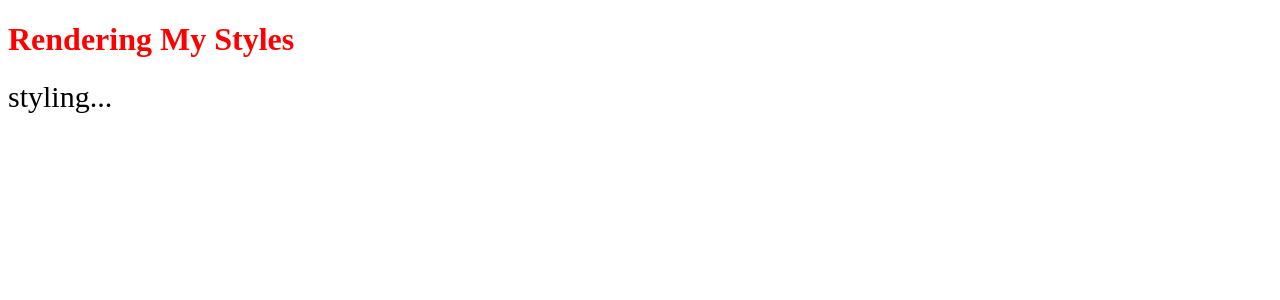
Repository: myjdml/summer-homework
Page: vue/slowly-render/demo/styling/index.html
The author's editor kept a copy of each file at every save. The page is drawn from the files as they stood at one save, then again after the next save.
The browser window is 1280 px wide. The pictures show the whole page.

Above is the page before, as saved 2020-07-19 16:48:45.

### vue/slowly-render/demo/styling/index.html
<!DOCTYPE html>
<html lang="en">
<head>
  <meta charset="UTF-8">
  <meta name="viewport" content="width=device-width, initial-scale=1.0">
  <title>Slowly Render Styling</title>
</head>
<body>
  <div id="root"></div>
  <script src="./index.js" type="module"></script>
</body>
</html>

### vue/slowly-render/demo/styling/index.js
import { createApp, styled } from '../../src/index.js'

const headerStyles = styled({
  color: 'red',
})

const mainStyles = styled({
  'font-size': '30px',
})

const App = () => `
  <header class="${headerStyles}">
    <h1>Rendering My Styles</h1>
  </header>
  <main class="${mainStyles}">
    styling...
  </main>
`

const rootDom = document.getElementById('root')
createApp(App, null, rootDom).render()

### vue/slowly-render/src/index.js
export { createApp, reactive } from './render.js'
export { createHashRouter, createHistoryRouter } from './router.js'
export { styled } from './styled.js'

### vue/slowly-render/src/render.js
let parentDom = null
let View = null
let data = null

const deepProxy = (target, callback) => new Proxy(target, {
  get(target, key, receiver) {
    const value = Reflect.get(target, key, receiver)
    return (typeof value === 'object' && value !== null) ? deepProxy(value, callback) : value
  },
  set(target, key, value, receiver) {
    const result = Reflect.set(target, key, value, receiver)
    callback()
    return result
  },
})

export const reactive = (model) => {
  data = deepProxy(model, render)
  return data
}

export const render = () => {
  parentDom.innerHTML = View(data)
}

export const createApp = (App, model, dom) => {
  parentDom = dom
  View = App
  data = model
  return { render }
}

### vue/slowly-render/src/router.js
import { render } from './render.js'

let currentRouterView = () => ''
let base = ''

export const createHashRouter = (baseUrl, routes) => {
  base = baseUrl
  const routesMap = new Map() // JS 中 Map 可以实现 LRU 算法
  routes.forEach((route) => {
    routesMap.set(route.path, route.component)
  })

  const go = (path) => {
    if (routesMap.has(path)) {
      window.location.hash = path
    } else throw new Error('url is not exist.')
  }

  const handleHashChange = e => {
    const path = window.location.hash.slice(1) // #/about => /about
    currentRouterView = routesMap.get(path ? path : '/') // 处理 url 没有 hash 时当作首页处理，127.0.0.1/ => 127.0.0.1/#/
    render()
  }

  window.addEventListener('load', handleHashChange)
  window.addEventListener('hashchange', handleHashChange)

  return { go }
}

export const createHistoryRouter = (baseUrl, routes) => {
  // TODO: homework
  // const path = window.location.pathname
  base = baseUrl
  const routesMap = new Map()
  routes.forEach((route) => {
    routesMap.set(route.path, route.component)
  })

  const go = (path) => {
    if (routesMap.has(path)) {
      history.pushState(path,'', path)
      handleHistroyChange()
    } else throw new Error('url is not exist.')
  }

  const handleHistroyChange = e => {
    const path = window.location.pathname
    currentRouterView = routesMap.get(path ? path : '/')
    render()
    bindA()
  }

  const bindA = (e) => {
    let aList = document.getElementsByTagName("a");
    let path = [];
    // aList.forEach((item) => {
    //   path.push(item)
    // })
    for (let i = 0; i < aList.length; i++) path.push(aList[i]);
    path.forEach((e) => {
      let url = e.href;
      let path = url.substr(url.lastIndexOf("/"));
      e.onclick = () => {
        go(path);
        bindA();
        return false;
      };
    });
  }

  window.addEventListener('load', handleHistroyChange)
  window.addEventListener("load", bindA);
  window.addEventListener('popstate', handleHistroyChange)

  return { go }
}

export const RouterView = (props) => currentRouterView(props)
export const RouterLink = (props) => `<a href="${base}${props.url}">${props.text}</a>`

### vue/slowly-render/src/styled.js
let uuid = 0

const styleElement = document.createElement('style')
document.head.appendChild(styleElement)

export const styled = (styles) => {
  uuid += 1

  styleElement.textContent += `
    .styled-${uuid} {
      ${Object.entries(styles).reduce((styles, [key, value]) => styles += `${key}: ${value};`, '')}
    }
  `

  return `styled-${uuid}`
}

After the next save:
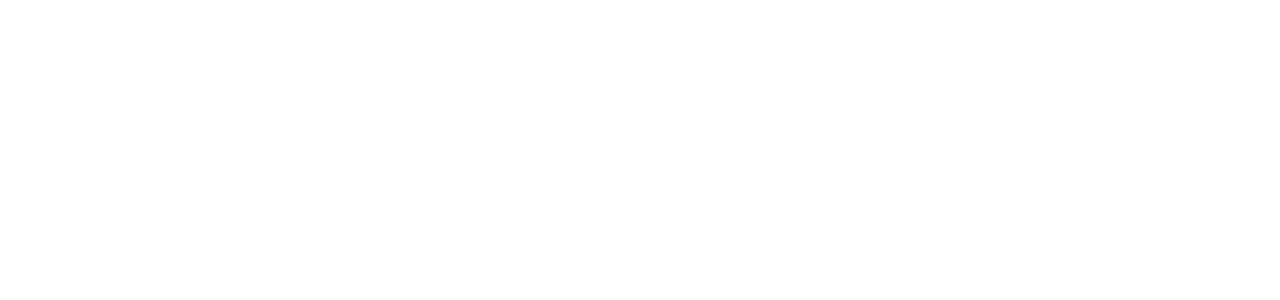
Console error: SyntaxError: Identifier 'path' has already been declared
Saved 28 s later.
--- a/vue/slowly-render/src/router.js
+++ b/vue/slowly-render/src/router.js
@@ -46,6 +46,8 @@
 
   const handleHistroyChange = e => {
     const path = window.location.pathname
+    let path = url.substr(url.lastIndexOf("/")); //获取路由
+    if (path == "/index.html") path = "";
     currentRouterView = routesMap.get(path ? path : '/')
     render()
     bindA()

After the 2 saves that followed:
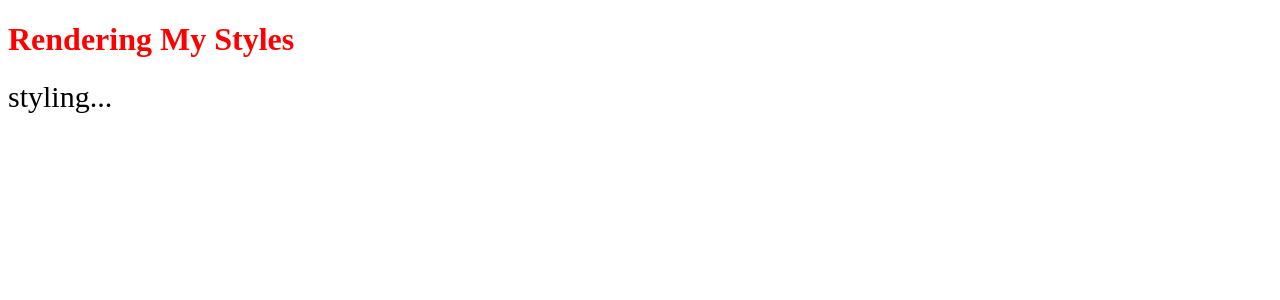
The error is gone.
The 2 saves are shown as one change because 1 left the picture as it was.
The last was saved 65 s later.
--- a/vue/slowly-render/src/router.js
+++ b/vue/slowly-render/src/router.js
@@ -39,13 +39,13 @@
 
   const go = (path) => {
     if (routesMap.has(path)) {
-      history.pushState(path,'', path)
+      history.pushState(path,'', base + path)
       handleHistroyChange()
     } else throw new Error('url is not exist.')
   }
 
   const handleHistroyChange = e => {
-    const path = window.location.pathname
+    const url = window.location.pathname
     let path = url.substr(url.lastIndexOf("/")); //获取路由
     if (path == "/index.html") path = "";
     currentRouterView = routesMap.get(path ? path : '/')
